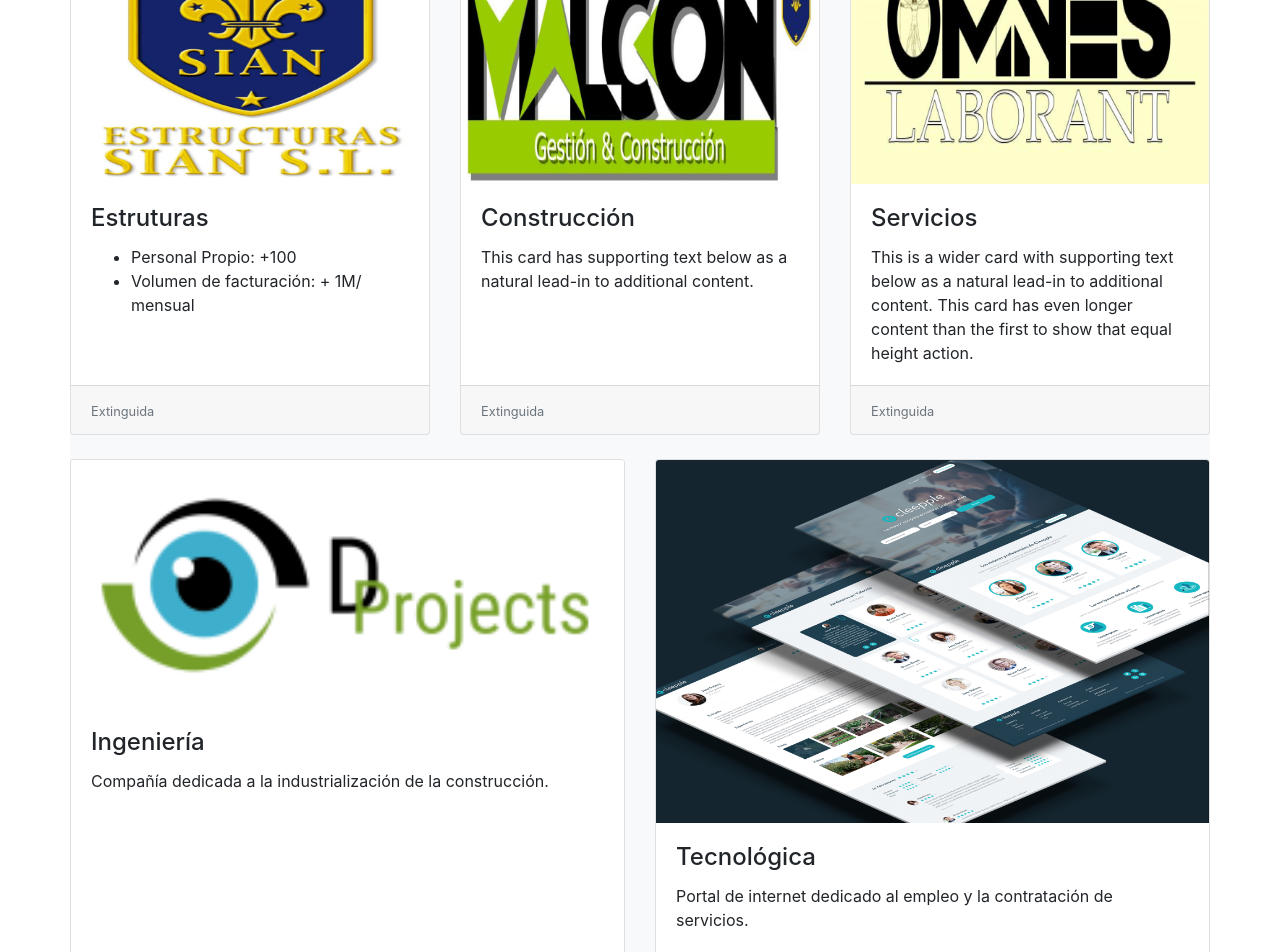
Repository: Hrotgarion1/jose
Page: index.html
An editor plug-in stored every save of this project. The page is shown before and after the next save, followed by the edit.
The browser window is 1280 px wide. The pictures show the part of the page from y = 4576 to 5528 px (the page is 5694 px tall before and 5662 px after).
A picture or video elsewhere on the page could not be fetched, so the positions and the page height are approximate.

Above is the page before, as saved 2020-09-30 19:30:07.

### index.html
<!DOCTYPE html>
<html lang="en">
<head>
    <meta charset="UTF-8">
    <meta name="viewport" content="width=device-width, user-scalable=no, initial-scale=1.0, maximum-scale=1.0, minimum-scale=1.0">
    <title>josenunez.eu</title>
    <meta name="jose p nunez" content="">
    <link rel="stylesheet" href="css/bootstrap.min.css">
    <link rel="stylesheet" href="css/estilos.css">
    <!-- Favicon -->
    <link rel="shortcut icon" href="img/LogoPuntaDeLanza.png">
</head>
<body>
    <!--Navegador responsive de la web-->
    <nav class="navbar navbar-expand-lg navbar-light bg-info">
        <a class="navbar-brand" href="../jose/index.html">Inicio</a>
        <button class="navbar-toggler" type="button" data-toggle="collapse" data-target="#navbarNavDropdown" aria-controls="navbarNavDropdown" aria-expanded="false" aria-label="Toggle navigation">
          <span class="navbar-toggler-icon"></span>
        </button>

        <div class="collapse navbar-collapse" id="navbarNavDropdown">
          <ul class="navbar-nav">

            <li class="nav-item">
              <a class="nav-link" href="#sobre">Sobre mi <span class="sr-only">(current)</span></a>
            </li>
            <li class="nav-item">
              <a class="nav-link" href="#cv">Estudios</a>
            </li>
            <li class="nav-item">
              <a class="nav-link" href="#exp">Experiencia</a>
            </li>
            <li class="nav-item dropdown">
              <a class="nav-link dropdown-toggle" href="#" id="navbarDropdownMenuLink" role="button" data-toggle="dropdown" aria-haspopup="true" aria-expanded="false">
                Proyectos
              </a>
              <div class="dropdown-menu bg-info" aria-labelledby="navbarDropdownMenuLink">
                <a class="dropdown-item" href="../jose/solid.html">Diseños con SolidWorks</a>
                <a class="dropdown-item" href="../jose/catia.html">Diseños con Catia V5</a>
                <a class="dropdown-item" href="../jose/projects.html">Proyectos de construcción dirigidos</a>
                <a class="dropdown-item" href="../jose/video.html">Videos</a>
              </div>
            </li>
          </ul>
        </div>
      </nav>


      <!--Imagen principal-->
      <div class="container bg-light">
        <section id="inicio">
            <!-- 16:9 aspect ratio -->
             <div class="embed-responsive embed-responsive-16by9">
              <iframe class="embed-responsive-item" src="https://player.vimeo.com/video/411986882?autoplay=1&title=0&byline=0&portrait=0"></iframe>
             </div>
        </section>


        <!--Seccion en la que me presento-->
        <div class="panel panel-default bg-info">
          <div class="linea1"></div>
          <div class="panel-body">
            <h3>Sobre mi</h3>
          </div>
        </div>
        <br>
        <section class="main row" id="sobre">


          <article class="col-xs-12 col-sm-6 col-md-6 col-lg-6">
            <div class="card">
              <img class="card-img-top" src="img/Jose1peque.png" width="100%" height="100%" alt="Card image cap">
              <div class="card-body">
                <h4 class="card-title">Jose P. Núñez</h4>
                <p class="card-text"></p>
              </div>
              <ul class="list-group list-group-flush">
                <li class="list-group-item">Project Manager</li>
                <li class="list-group-item">Diseñador Industrial</li>
              </ul>
              <div class="card-body">
                <a href="https://cutt.ly/of9KPvN" class="card-link">LinkedIn</a>
                <br><br>
                <img src="img/qrlinkedinjose.png" width="30%" height="30%">
              </div>
            </div>

          </article>
          <br>

         <aside class="col-xs-12 col-sm-6 col-md-6 col-lg-6">
          <div class="card bg-cards">
            <img class="card-img-top" src="img/LogoJose.PNG" width="100%" height="100%" alt="Card image cap">
            <br>
            <div class="card-body">
              <h4 class="card-title">Sobre mi</h4>
              <p class="card-text">Soy un trabajador incansable, con un gran amor por los retos y la eficiencia que estaré encantado de formar parte de tu equipo. Si estás en esta pagina, entonces probablemente quieras saber más sobre mi! Soy capaz de hacer algunas cosas realmente bien, incluido el diseño de productos, la dirección de proyectos o la implementación de nuevas estrategias de producción. Pero bueno, me gustar pensar que soy mucho más que todo esto, te invito a saber más sobre mi, mi trabajo y porqué estoy aquí.</p>
              <p class="card-text"><small class="text-muted">Última actualización 30/09/2020</small></p>
            </div>

          </div>
       </aside>
        </section>
        <br><br><br>
        <div class="linea1"></div>
        <div class="panel panel-default bg-info">
          <div class="panel-body">
            <h3>Estudios</h3>
          </div>
        </div>
        <br>


        <!--Seccion en la que pongo unas listas con mis conocimientos y mis estudios-->

        <section class="main row" id="cv">
          <div class="card-columns">
            <div class="card">
              <img class="card-img-top" src="img/estudios.jpg" alt="Card image cap">
              <div class="card-body">
                <h4 class="card-title">Estudios</h4>
                <ul>
                  <li>Máster en Dirección y Gestión de Proyectos</li>
                  <li>Diseño Industrial de Productos mecanizados con Catia V5</li>
                  <li>Diseño Industrial con SolidWorks</li>
                  <li>E.G.B</li>
                </ul>
                <p class="card-text"><small class="text-muted">Actualizado el 30/09/2020</small></p>
              </div>
            </div>
            <div class="card p-3 text-center bg-cards-citas">
              <blockquote class="blockquote mb-0 card-body">
                <p><small>Quizás sorprenda, pero diré que nunca pretendí ser más astuto que los demás. Sí pensé por mi cuenta siempre e intenté explicitarme a mí mismo y a mis ideas en la práctica. El principio es que tengo una mente organizada. Soy un autodidacta, pero soy muy curioso, todo me interesa.</small></p>
                <footer class="blockquote-footer">
                  <small class="text-muted">
                      <cite title="Source Title">Vida y obra de Le Corbusier</cite>
                  </small>
                </footer>
              </blockquote>
            </div>
            <div class="card">
              <img class="card-img-top" src="img/otrastitu.jpg" alt="Card image cap">
              <div class="card-body">
                <h4 class="card-title">Otras titulaciones</h4>
                <ul>
                  <li>Carnet de puente grúa</li>
                  <li>Soldador MIG MAG ISO 9606</li>
                  <li>Soldador MMA (Electrodo) ISO 5768</li>
                </ul>
                <p class="card-text"><small class="text-muted">Actualizado el 30/09/2020</small></p>
              </div>
            </div>
            <div class="card">
              <img class="card-img" src="img/puentegrua.jpg" alt="Card image">
            </div>
            <div class="card">
              <div class="card-body">
                <h4 class="card-title">Idiomas</h4>
                <ul>
                  <li>Español nativo</li>
                  <li>Catalán nativo</li>
                  <li>Inglés A1 (Cambridge más 6 años viviendo en Uk)</li>
                </ul>
                <p class="card-text"><small class="text-muted">Actualizado el 30/09/2020</small></p>
              </div>
              <img class="card-img-bottom" src="img/idiomas.jpg" alt="Card image cap">
            </div>
            <div class="card text-center bg-cards">
              <div class="card-body">
                <h4 class="card-title"></h4>
                <p class="card-text">«Viajar es fatal para los prejuicios, la intolerancia y la estrechez de miras»</p>
                <p class="card-text"><small class="text-muted">Mark Twain</small></p>
              </div>
            </div>
            <div class="card">
              <img class="card-img-top" src="img/preven.jpg" alt="Card image cap">
              <div class="card-body">
                <h4 class="card-title">PRL</h4>
                <ul>
                  <li>50H Asepeyo Trabajos en obras</li>
                  <li>32H Cifo trabajos en Oficina</li>
                  <li>8H Trabajos en obras</li>
                  <li>8H Trabajos en altura</li>
                  <li>Primeros auxilios (obtenido en UK)</li>
                </ul>
                <p class="card-text"><small class="text-muted">Actualizado el 30/09/2020</small></p>
              </div>
            </div>
            <div class="card text-center bg-cards">
              <div class="card-body">
                <h4 class="card-title">Regla nº 1</h4>
                <p class="card-text">Volver a casa sano y salvo</p>
                <p class="card-text"><small class="text-muted">Jose P. Núñez</small></p>
              </div>
            </div>
            <div class="card">
              <img class="card-img-top" src="img/softdesing.jpg" alt="Card image cap">
              <div class="card-body">
                <h4 class="card-title">Software</h4>
                <ul>
                  <li>Catia</li>
                  <li>SolidWorks</li>
                  <li>Inventor</li>
                  <li>NavisWorks</li>
                  <li>Advance Steel</li>
                  <li>Revit</li>
                  <li>Tekla</li>
                  <li>MSProject</li>
                  <li>Presto</li>
                  <li>Trello</li>
                  <li>Paquete Office</li>
                  <li>HTML</li>
                  <li>CSS</li>
                  <li>Jsonscript</li>
                  <li>xml</li>
                  <li>java</li>
                  <li>Keyshot</li>
                </ul>
                <p class="card-text"><small class="text-muted">Actualizado el 30/09/2020</small></p>
              </div>
              <img class="card-img-bottom" src="img/softdevelop.jpg" alt="Card image cap">
            </div>
          </div>


        </section>
        <div class="linea1"></div>
        <div class="panel panel-default bg-info">
          <div class="panel-body">
            <h3>Experiencias</h3>
          </div>
        </div>
        <br>

        <!--Seccion en la que pongo unas listas con mis capacidades y mi experiencia-->

        <section class="main row" id="exp">
          <div class="card-deck">
            <div class="card">
              <img class="card-img-top" src="img/experience.jpg" alt="Card image cap">
              <div class="card-body">
                <h4 class="card-title">Experiencia Laboral</h4>
                <ul>
                  <li>Estructuras Sian S.L cargo: Fundador <b>(CEO)</b></li>
                  <li>Malcon Gestión y Construcción cargo: Fundador <b>(CEO)</b></li>
                  <li>Omnes Laborant Ltd. (PT) cargo: Fundador <b>(CEO)</b></li>
                  <li>Edal Alimentación S.C.P cargo: <b>Administrador</b></li>
                  <li>Cleepple LTD. (UK) cargo: Fundador <b>(CEO)</b></li>
                  <li>Construcciones Ben-Rilo S.L cargo: <b>Encargado</b></li>
                  <li>Estructuras Matpin S.L cargo: <b>Encargado</b></li>
                  <li>Estructuras Arenys S.L cargo: <b>Encargado</b></li>
                  <li>CISA 95 S.L cargo: <b>Capataz</b></li>
                  <li>Estructuras Valls S.L cargo: <b>Cerrajero</b></li>
                  <li>Estructuras Avenida S.L cargo: <b>Soldador</b></li>
                  <li>John Reid and Sons (UK) cargo: <b>Welder/Fabricator</b></li>
                  <li>The Skip Factory LTD. (UK) cargo: <b>Welder/Fabricator</b></li>
                  <li>Farpe 97 S.L cargo: <b>Encofrador</b></li>
                  <li>Construcciones Famada S.L cargo: <b>Ferralla</b></li>
                  <li>Puertas La Llopa S.L cargo: <b>Cerrajero</b></li>
                </ul>
              </div>
              <div class="card-footer">
                <small class="text-muted">Actualizado el 30/09/2020</small>
              </div>
            </div>
            <div class="card">
              <img class="card-img-top" src="img/skills.jpg" alt="Card image cap">
              <div class="card-body">
                <h4 class="card-title">Capacidades</h4>
                <ul>
                  <li>Dirección de Proyectos</li>
                  <li>Gestión de equipos humanos</li>
                  <li>Capacitación de RRHH</li>
                  <li>Planificación</li>
                  <li>Implementación de directrices</li>
                  <li>Gestión de clientes</li>
                  <li>Gestión de cobros</li>
                  <li>Negociación</li>
                  <li>Realización y seguimiento de PRL</li>
                  <li>Control de la producción</li>
                  <li>Planificación de mantenimiento</li>
                  <li>Desarrollo de nuevos productos</li>
                  <li>Gestión de pagos</li>
                  <li>Gestión de subcontratas</li>
                  <li>Gestión de proveedores</li>
                  <li>Planificación</li>
                </ul>
              </div>
              <div class="card-footer">
                <small class="text-muted">Actualizado el 30/09/2020</small>
              </div>
            </div>
          </div>
        </section>
        <div class="linea1"></div>
        <div class="panel panel-default bg-info">
          <div class="panel-body">
            <h3>Emprendimientos</h3>
          </div>
        </div>
        <br>

        <!--Seccion en la que pongo unas listas con mis capacidades y mi experiencia-->
        <section class="main row" id="emprend">
          <div class="card-deck">
            <div class="card">
              <img class="card-img-top" src="img/LogoSIAN990x715.png" alt="Card image cap">
              <div class="card-body">
                <h4 class="card-title">Estruturas</h4>
                <ul>
                  <li>Personal Propio: +100</li>
                  <li>Volumen de facturación: + 1M/ mensual</li>
                </ul>
              </div>
              <div class="card-footer">
                <small class="text-muted">Extinguida</small>
              </div>
            </div>
            <div class="card">
              <img class="card-img-top" src="img/Malcon990x715.png" alt="Card image cap">
              <div class="card-body">
                <h4 class="card-title">Construcción</h4>
                <p class="card-text">This card has supporting text below as a natural lead-in to additional content.</p>
              </div>
              <div class="card-footer">
                <small class="text-muted">Extinguida</small>
              </div>
            </div>
            <div class="card">
              <img class="card-img-top" src="img/OMNES990x715.png" alt="Card image cap">
              <div class="card-body">
                <h4 class="card-title">Servicios</h4>
                <p class="card-text">This is a wider card with supporting text below as a natural lead-in to additional content. This card has even longer content than the first to show that equal height action.</p>
              </div>
              <div class="card-footer">
                <small class="text-muted">Extinguida</small>
              </div>
            </div>
          </div>
          <br>
          <div class="card-deck">
            <div class="card">
              <img class="card-img-top" src="img/Logo2.PNG" alt="Card image cap">
              <div class="card-body">
                <h4 class="card-title">Ingeniería</h4>
                <p class="card-text">Compañía dedicada a la industrialización de la construcción.</p>
              </div>
              <div class="card-footer">
                <small class="text-muted">StartUp</small>
              </div>
            </div>
            <div class="card">
              <img class="card-img-top" src="img/web-perspective990x650.png" alt="Card image cap">
              <div class="card-body">
                <h4 class="card-title">Tecnológica</h4>
                <p class="card-text">Portal de internet dedicado al empleo y la contratación de servicios.</p>
              </div>
              <div class="card-footer">
                <small class="text-muted">StartUp</small>
              </div>
            </div>
          </div>
        </section>
      </div>
      <br>
      <footer id="sticky-footer" class="py-4 bg-info">
        <div class="container text-center">
          <small>Copyright 2020 &copy; Developed by Jose P. Núñez</small>
        </div>
      </footer>



    <script src="js/jquery-3.5.1.min.js"></script>
    <script src="js/bootstrap.min.js"></script>
    <script src="https://player.vimeo.com/api/player.js"></script>



</body>
</html>

### css/estilos.css
.linea {
  border-top: 15px solid #39B2C3;
  height: 25px;
  padding: 0;
  margin: 55px auto 0 auto;
}
.linea1 {
  border-top: 15px solid #39b2c3;
  height: 15px;
  padding: 0;
  margin: 0px auto 0 auto;
}

.bg-cards {
  background-color: #61C5D3 !important;
}
.bg-cards-citas {
  background-color: #67E47D !important;
}
body {
  margin: 20px;
  }

  #img_position {
  position: relative;
  left: 14%;
  padding: 15px;
  max-width: 100%;
  }

  #jumbo {
  background-color: #bfff80;
  font-family: 'Cinzel', serif;
  min-width: 100%;
  }

  .gw_vid {
   position: relative;
   padding-top: 0%;
   max-width: 100%;
   margin: 0 auto;
   }

Loaded but not shown: css/bootstrap.min.css (library); js/jquery-3.5.1.min.js (library); js/bootstrap.min.js (library)

After the next save:
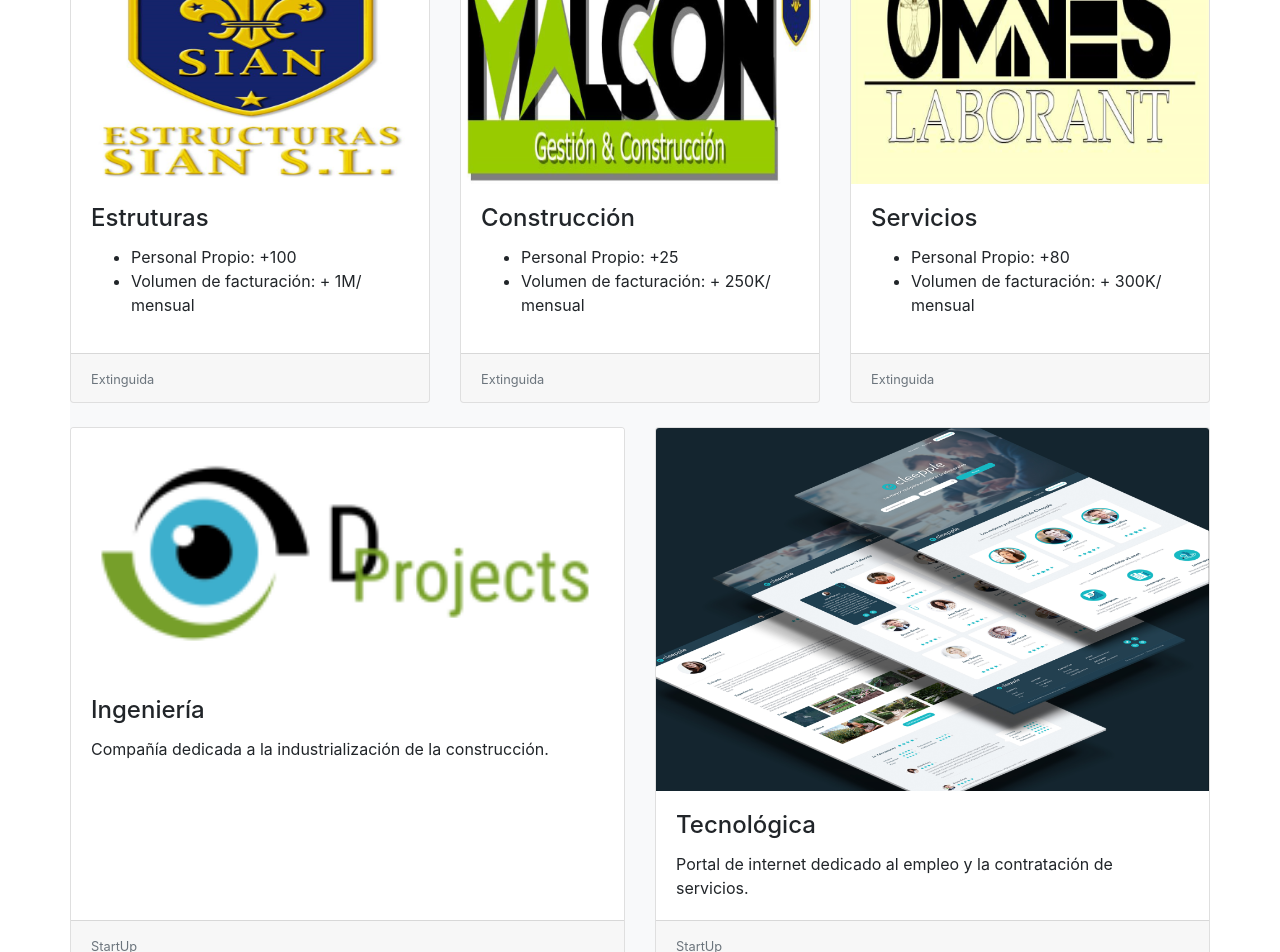
Saved 2 min 5 s later.
--- a/index.html
+++ b/index.html
@@ -320,7 +320,10 @@
               <img class="card-img-top" src="img/Malcon990x715.png" alt="Card image cap">
               <div class="card-body">
                 <h4 class="card-title">Construcción</h4>
-                <p class="card-text">This card has supporting text below as a natural lead-in to additional content.</p>
+                <ul>
+                  <li>Personal Propio: +25</li>
+                  <li>Volumen de facturación: + 250K/ mensual</li>
+                </ul>
               </div>
               <div class="card-footer">
                 <small class="text-muted">Extinguida</small>
@@ -330,7 +333,10 @@
               <img class="card-img-top" src="img/OMNES990x715.png" alt="Card image cap">
               <div class="card-body">
                 <h4 class="card-title">Servicios</h4>
-                <p class="card-text">This is a wider card with supporting text below as a natural lead-in to additional content. This card has even longer content than the first to show that equal height action.</p>
+                <ul>
+                  <li>Personal Propio: +80</li>
+                  <li>Volumen de facturación: + 300K/ mensual</li>
+                </ul>
               </div>
               <div class="card-footer">
                 <small class="text-muted">Extinguida</small>
